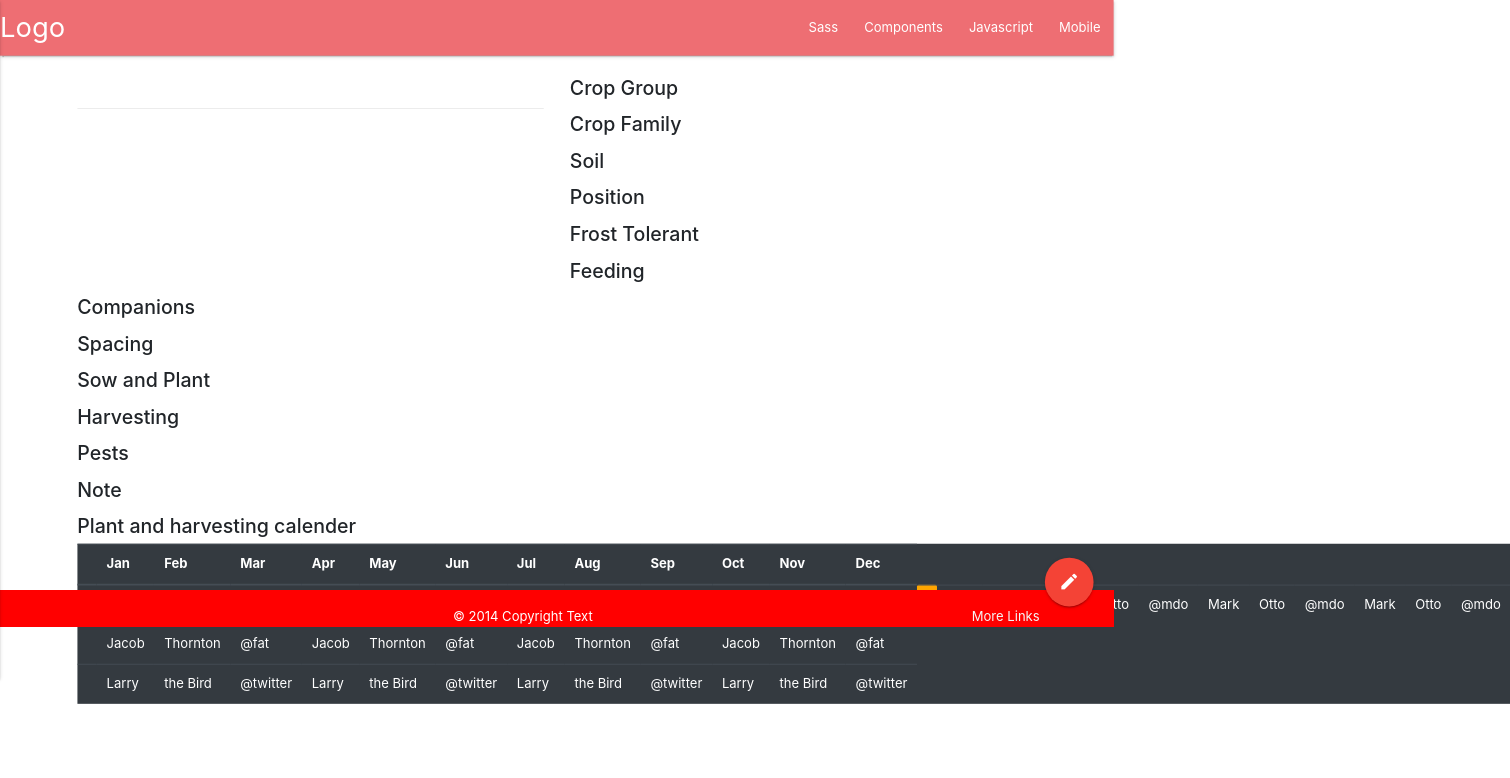
Repository: Lemoenskil/Milestone_project_3_Garden_planner
Page: templates/view_plant.html
The author's editor kept a record of every edit. The page is drawn from the files as they stood at one moment, then again after the next edit.
The browser window is 1280 px wide. The page is 1736 px wide, then 1280 px, so the pictures cover 1736 px, including what lies to the right of the window. The pictures show the whole page, at 87% of full size.
Some web libraries are served in a nearby version. The page is served by the project's application, run on Flask 3 (app.py). The template is opened directly, without the code that normally fills it, so the values that code supplies are empty.

Above is the page before.
Console error: TypeError: $(...).floatingActionButton is not a function

After the next edit:
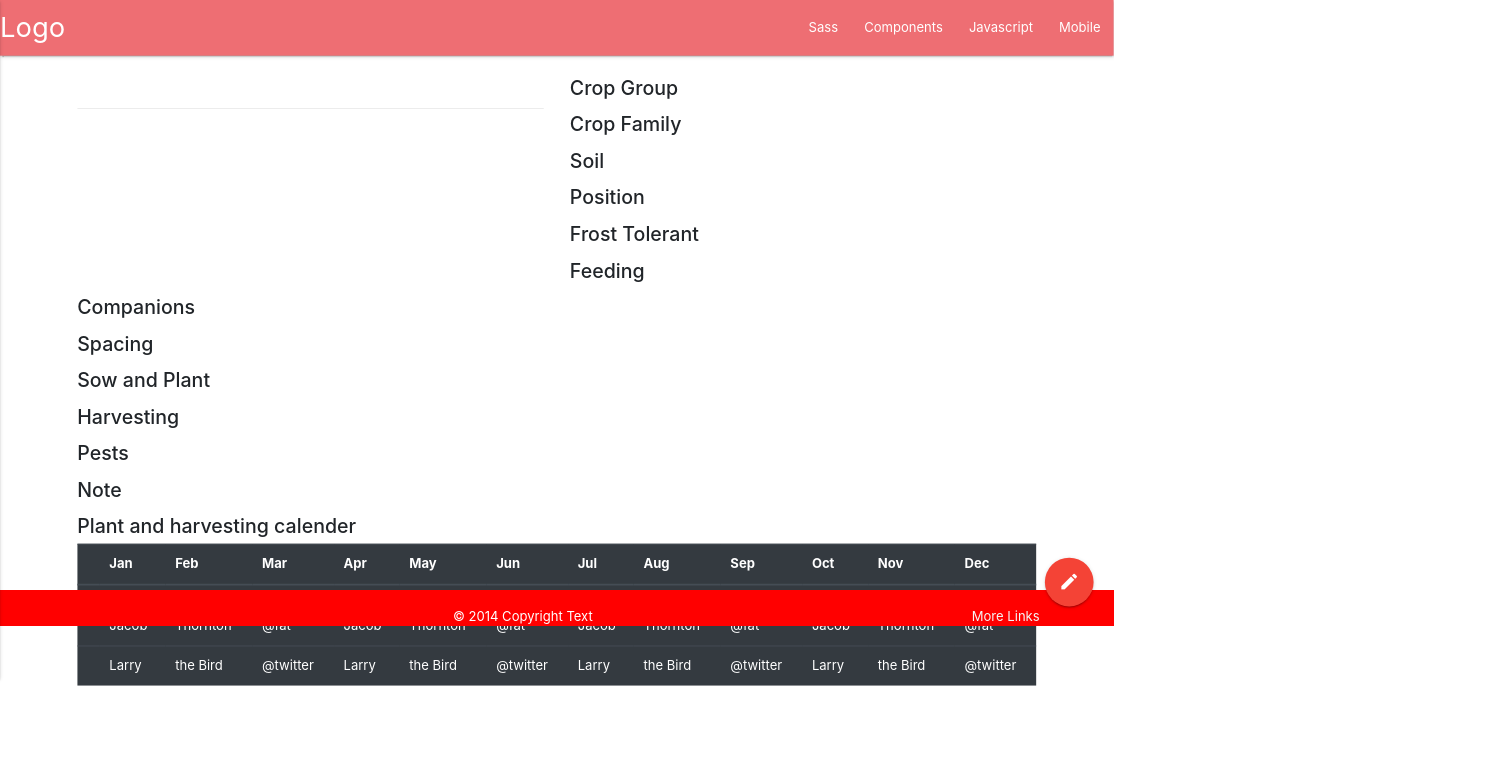
The edit:
--- a/templates/view_plant.html
+++ b/templates/view_plant.html
@@ -69,18 +69,6 @@
                                 <td></td>
                             {% endif %}
                         {% endfor %}
-                        <td class = "outside-seeding"></td>
-                        <td>Otto</td>
-                        <td>@mdo</td>
-                        <td>Mark</td>
-                        <td>Otto</td>
-                        <td>@mdo</td>
-                        <td>Mark</td>
-                        <td>Otto</td>
-                        <td>@mdo</td>
-                        <td>Mark</td>
-                        <td>Otto</td>
-                        <td>@mdo</td>
                     </tr>
                     <tr>
                         <th scope="row">{{plant.description_cal_harvest}}</th>
